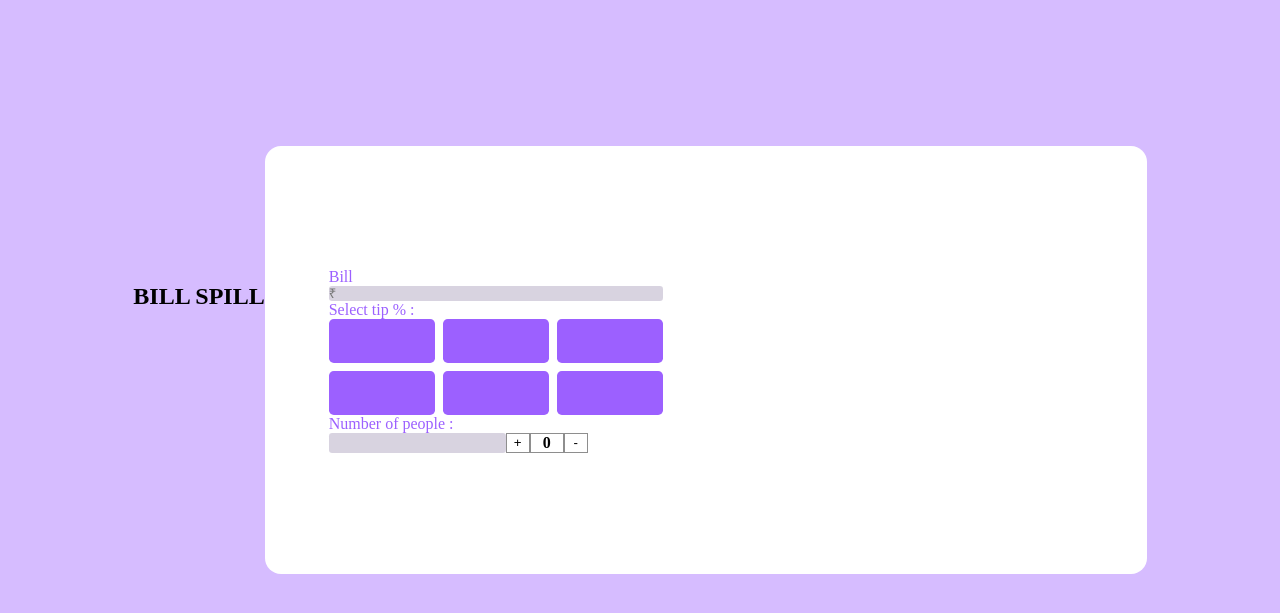
Repository: drumsmanku/micro-project-3
Page: index.html
The author's editor kept a copy of each file at every save. The page is drawn from the files as they stood at one save, then again after the next save.
The browser window is 1280 px wide. The pictures show the whole page.

Above is the page before, as saved 2023-04-17 17:52:26.

### index.html
<!DOCTYPE html>
<html lang="en">
<head>
  <meta charset="UTF-8">
  <meta http-equiv="X-UA-Compatible" content="IE=edge">
  <meta name="viewport" content="width=device-width, initial-scale=1.0">
  <link rel="stylesheet" href="styles.css">
  <title>Bill Spill</title>
</head>
<body>
  <main>
    <h2>BILL SPILL</h2>
    <div class="entire-container">
      <div class="left-inside-container">
          <label for="amount">Bill</label>
          <input type="number" name="total" id="total-bill" placeholder="₹" >

          <label for="tip">Select tip % :</label>
          <div class="button-containers">
            <button class="bt-1 sizing"></button>
            <button class="bt-2 sizing"></button>
            <button class="bt-3 sizing"></button>
            <button class="bt-4 sizing"></button>
            <button class="bt-5 sizing"></button>
            <button class="bt-6 sizing"></button>
          </div>

          <label for="people">Number of people : </label>
          <div class="people-container">
            <input type="number" name="people" id="people-number">
            <button id="add-people">+</button>
            <h4 class="center-text">0</h4>
            <button id="sub-people">-</button>
          </div>
      </div>


      <div class="right-inside-container"></div>
    </div>
  </main>
</body>
</html>

### styles.css
@import url('https://fonts.googleapis.com/css2?family=DM+Sans&display=swap');
/* font-family: 'DM Sans', sans-serif; */
*{
  padding: 0;
  margin: 0;
}

main{
  width: 100%;
  height: 100vh;
  display: flex;
  justify-content: center;
  align-items: center;
  background-color:  #D6BCFF;
}

main>h2{
  position: relative;
  top: -4rem;
}

.entire-container{
  width: 818px;
  height: 428px;
  background-color: white;

  display: flex;
  padding-left: 4rem;
  flex-direction: row;
  border-radius: 1rem;

}

.left-inside-container{
  display: flex;
  flex-wrap: wrap;
  flex-direction: column;
  justify-content: center;
}

.button-containers{
  display: grid;
  grid-template-columns: repeat(3, minmax(0,1fr));
  grid-template-rows: repeat(2, minmax(0,1fr));
  grid-gap: 0.5rem;
}

.sizing{
  width: 106px;
  height: 44px;
  border: none;
  background-color: #9C60FF;
  border-radius: 0.3rem;
}
.people-container{
  display: flex;
  flex-direction: row;
}
.people-container>h4{
  border: 1px solid #8E8E8E;
  width: 2rem;
  text-align: center;
}
.people-container>button{
  background: none;
  border: 1px solid #8E8E8E;
  width: 1.5rem;
}
input{
  border-radius: 0.2rem;
  border: none;
  background-color: rgba(182, 172, 196, 0.53);;
}
label{
  color: #9C60FF;
}

After the next save:
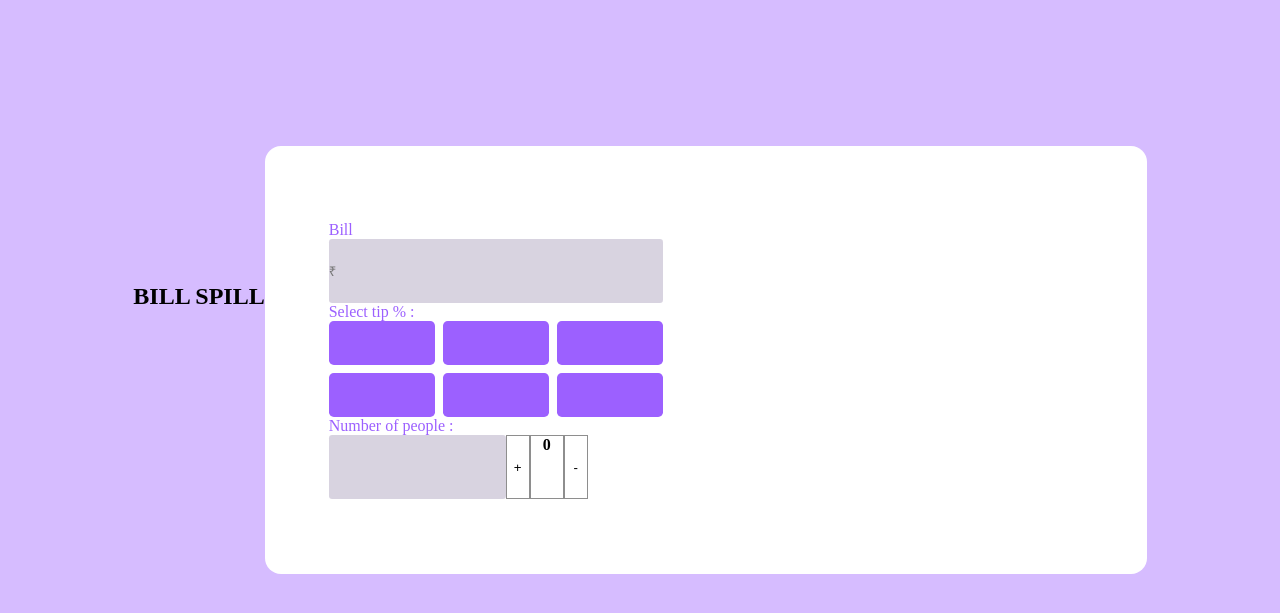
Saved 27 s later.
--- a/styles.css
+++ b/styles.css
@@ -69,7 +69,8 @@ main>h2{
 input{
   border-radius: 0.2rem;
   border: none;
-  background-color: rgba(182, 172, 196, 0.53);;
+  background-color: rgba(182, 172, 196, 0.53);
+  height: 4rem;
 }
 label{
   color: #9C60FF;
